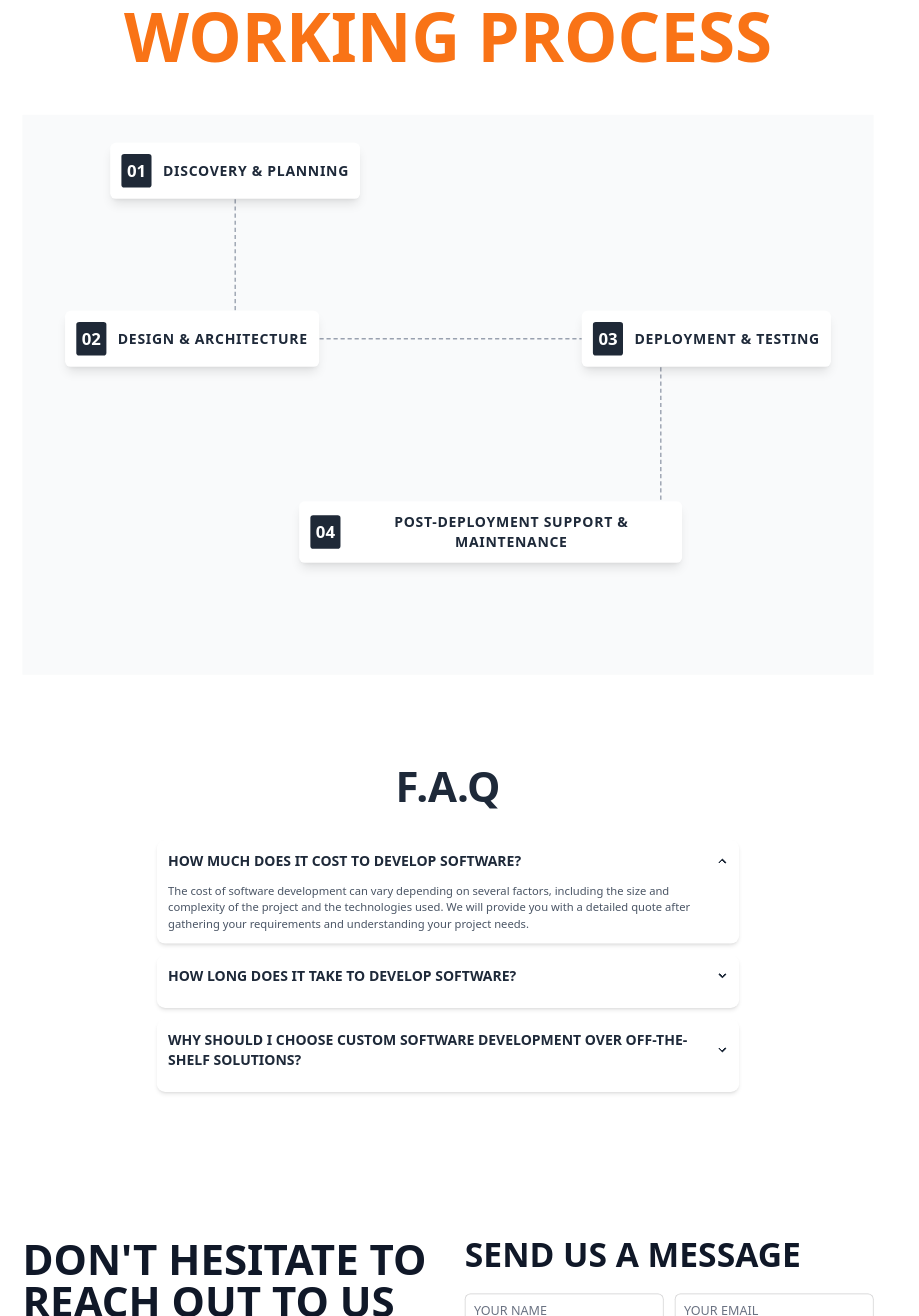
Repository: mdmuhibullahhabib/weboria
Page: /services
The author's editor kept a copy of each file at every save. The page is drawn from the files as they stood at one save, then again after the next save.
The browser window is 1280 px wide. The page is 1313 px wide, so the pictures cover 1313 px, including what lies to the right of the window. The pictures show the part of the page from y = 4620 to 6500 px (the page is 7582 px tall before and 7454 px after), at 70% of full size.
The project was rebuilt for these pictures with package versions that can differ from the ones it lists, and the page was loaded fresh each time. The framework's server and built-in components were replaced by stand-ins that run in the browser. Also part of the build but not shown: next.config.mjs.

Above is the page before, as saved 2025-10-05 18:11:01.

### src/app/layout.js
import { Geist, Geist_Mono } from "next/font/google";
import "./globals.css";
import Navbar from "@/components/Navbar";
import Footer from "@/components/Footer";
import { Toaster } from "react-hot-toast";

const geistSans = Geist({
  variable: "--font-geist-sans",
  subsets: ["latin"],
});

const geistMono = Geist_Mono({
  variable: "--font-geist-mono",
  subsets: ["latin"],
});

export const metadata = {
  title: "Weboria",
  description: "Digital Marketing Agency",
  icons: "/favicon.ico",
};

export default function RootLayout({ children }) {
  return (
    <html lang="en">
      <body
        className={`${geistSans.variable} ${geistMono.variable} antialiased`}
      >

        <Navbar />
        <Toaster />
        {children}
        <Footer />
      </body>
    </html>
  );
}

### src/app/services/page.jsx
import React from 'react';
import { ChevronRight, Zap, CheckCircle, MessageSquare, Phone, Mail, MapPin, Search, ChevronDown } from 'lucide-react';

// Main App component which will serve as the service page
export default function Service() {

  // --- Mock Data ---
  const services = [
    'Custom Software Development',
    'Web Application Development',
    'Software Integration',
    'Cloud Software Development',
    'Legacy System Modernization',
    'Software Maintenance & Support',
    'Quality Assurance & Testing',
    'Consulting Services',
  ];

  const whyChooseKeywords = [
    { title: 'EXPERIENCE...', customColor: '#1f2937' }, // Dark gray/black
    { title: 'COLLABORATIVE...', customColor: '#f97316' }, // Orange/Amber
    { title: 'EFFECTIVENESS...', customColor: '#f97316' }, // Orange/Amber
    { title: 'CLIENT-CENTRIC...', customColor: '#f97316' }, // Orange/Amber
  ];

  const processSteps = [
    { number: '01', title: 'DISCOVERY & PLANNING', position: 'top-left' },
    { number: '02', title: 'DESIGN & ARCHITECTURE', position: 'mid-left' },
    { number: '03', title: 'DEPLOYMENT & TESTING', position: 'mid-right' },
    { number: '04', title: 'POST-DEPLOYMENT SUPPORT & MAINTENANCE', position: 'bottom-center' },
  ];

  const faqs = [
    {
      question: 'HOW MUCH DOES IT COST TO DEVELOP SOFTWARE?',
      answer: 'The cost of software development can vary depending on several factors, including the size and complexity of the project and the technologies used. We will provide you with a detailed quote after gathering your requirements and understanding your project needs.'
    },
    {
      question: 'HOW LONG DOES IT TAKE TO DEVELOP SOFTWARE?',
      answer: 'Project duration varies widely. A small application might take 4-8 weeks, while complex enterprise solutions can take 6 months or more. We establish clear timelines during the planning phase.'
    },
    {
      question: 'WHY SHOULD I CHOOSE CUSTOM SOFTWARE DEVELOPMENT OVER OFF-THE-SHELF SOLUTIONS?',
      answer: 'Custom software is tailored exactly to your unique business processes, providing a competitive edge, better integration, and greater scalability, unlike generic off-the-shelf products.'
    },
  ];

  // Utility component for the service list bullets
  const ServiceListItem = ({ text }) => (
    <div className="flex items-start mb-3">
      <CheckCircle className="w-5 h-5 mr-3 text-current mt-1 flex-shrink-0" />
      <p className="text-lg font-light">{text}</p>
    </div>
  );

  // --- Section Components ---

    const Hero = () => (
    <section
      className="relative bg-cover bg-center text-white py-32"
      style={{
        backgroundImage:
          "linear-gradient(rgba(0,0,0,0.6),rgba(0,0,0,0.6)),url('https://images.unsplash.com/photo-1519389950473-47ba0277781c?auto=format&fit=crop&w=1200&q=80')",
      }}
    >
      <div className="max-w-6xl mx-auto px-6 text-center">
        <h1 className="text-5xl md:text-7xl font-extrabold mb-6 leading-tight">
          Empowering Brands with <br /> Impactful Digital Services
        </h1>
        <p className="text-xl text-gray-200 max-w-3xl mx-auto">
          From strategy to execution, we deliver modern digital solutions that
          accelerate your business growth and brand impact.
        </p>
      </div>
    </section>
  );

const HeroSection = () => {
  // --- ServiceListItem Component ---
 const ServiceListItem = ({ text }) => (
  <div className="flex items-center mb-3 hover:translate-x-1 transition-transform duration-300">
    {/* + icon */}
    <span
      className="text-2xl font-bold mr-1 flex-shrink-0"
      style={{ color: '#f97316' }}
    >
      +
    </span>
    <p className="text-lg font-medium text-gray-700 mr-6">{text}</p>
  </div>
);


  return (
    <section className="relative pt-24 pb-16 md:pt-32 md:pb-24 bg-white overflow-hidden">
      <div className="max-w-7xl mx-auto px-4 sm:px-6 lg:px-8">
        <div className="grid md:grid-cols-2 gap-12 items-start">

          {/*  Large Title */}
          <div>
            <h1 className="text-6xl sm:text-7xl md:text-8xl lg:text-[10rem] font-extrabold leading-none tracking-tighter text-gray-900 mb-8">
              SOFTWARE
              <br />
              DEVELOPMENT
            </h1>
                    <div className="pt-2">
            <h2 className="text-2xl font-semibold text-gray-900 mb-6">
              Services
            </h2>

            {/* services */}
            <div className="grid lg:grid-cols-2 items-center">
              {services.map((service, index) => (
                <ServiceListItem key={index} text={service} />
              ))}
            </div>
          </div>
          </div>

        </div>
      </div>
    </section>
  );
};

  const StatsSection = () => (
    <div className="bg-white py-12 -mt-16 md:-mt-20 relative z-10">
      <div className="max-w-7xl mx-auto px-4 sm:px-6 lg:px-8">
        <div className="grid md:grid-cols-3 gap-8">
          {/* Card Style from Screenshot 113 */}
          {[
            { label: 'Years Experience', value: '12+' },
            { label: 'Completed Projects', value: '200+' },
            { label: 'Satisfied Clients', value: '130+' },
          ].map((stat, index) => (
            <div key={index} className="card bg-white p-6 shadow-xl border border-gray-100 rounded-xl hover:shadow-2xl transition duration-300">
              <div className="flex justify-between items-start mb-8">
                <h3 className="text-lg font-semibold text-gray-700">{stat.label}</h3>
                <ChevronRight className="w-5 h-5 text-gray-400 rotate-45" />
              </div>
              <p className="text-6xl md:text-7xl font-extrabold text-gray-900">{stat.value}</p>
            </div>
          ))}
        </div>
      </div>
    </div>
  );

  const ServiceListSection = () => (
    <div className="bg-white py-16 md:py-24">
      <div className="max-w-7xl mx-auto px-4 sm:px-6 lg:px-8">
        {/* Top Title Section (from Screenshot 105) */}
        <div className="mb-12">
          <h2 className="text-4xl md:text-5xl font-extrabold text-gray-800 mb-4">
            Best Software Development Service in Dhaka, Bangladesh
          </h2>
          <p className="text-lg text-gray-600 max-w-4xl">
            In today's digital landscape, powerful, scalable software is a must for business success. As a leading Software Development Company in Dhaka, Bangladesh, Visual I specializes in crafting custom software solutions that drive growth. From web applications to enterprise software and AI-driven solutions, our expert developers ensure seamless functionality, robust security, and innovative designs. We deliver high-performance, user-focused software that keeps your business ahead of the competition. Let us turn your vision into reality with cutting-edge technology tailored to your needs.
          </p>
        </div>

        <div className="grid md:grid-cols-2 gap-12 items-start">
          {/* Left Side: How Software Empowers (Matches image_cdef6a.png) */}
          <div>
            <h2 className="text-5xl md:text-6xl font-extrabold text-gray-900 mb-8">
              HOW SOFTWARE
              <br />
              DEVELOPMENT
              <br />
              EMPOWERS YOUR
              <br />
              BUSINESS?
            </h2>
          </div>

          {/* Right Side: Service List & Description (Combines content from Screenshot 103 and 105 text) */}
          <div className="p-6">
            <p className="text-sm text-gray-600 mb-8">
              Custom software solutions streamline operations, enhance efficiency, and improve customer experiences. Tailored systems automate tasks, save time, and reduce costs, allowing your business to scale faster and make data-driven decisions. With the right software, you gain a competitive edge, boosting productivity and ultimately securing a higher return on investment (ROI).
            </p>
          </div>
        </div>

                   {/* Image below the title, matching the visual placement in image_cdef6a.png */}
            <div className="mt-8 space-y-4">
                <img
                    src="https://placehold.co/600x400/f2f2f2/1f2937?text=Collaborative+Development+Team"
                    alt="Team working on code"
                    className="w-full h-auto rounded-lg shadow-xl"
                />
                {/* Placeholder for the second image, if needed, mimicking the split view */}
                 <div className="grid grid-cols-2 gap-4">
                    <img
                        src="https://placehold.co/300x200/f2f2f2/1f2937?text=Dedicated+Programmer"
                        alt="Dedicated Programmer"
                        className="w-full h-full object-cover rounded-lg shadow-md"
                    />
                    <img
                        src="https://placehold.co/300x200/f2f2f2/1f2937?text=Dedicated+Programmer"
                        alt="Dedicated Programmer"
                        className="w-full h-full object-cover rounded-lg shadow-md"
                    />
                 </div>
            </div>
      </div>
    </div>
  );

  const WhyChooseUsSection = () => (
    <div className="py-24 bg-white">
      <div className="max-w-7xl mx-auto px-4 sm:px-6 lg:px-8">
        {/* Main Section Title (Screenshot 108) */}
        <h2 className="text-5xl md:text-7xl font-extrabold text-gray-900 mb-16 text-center md:text-left">
          WHY CHOOSE OUR
          <br />
          SOFTWARE DEVELOPMENT
          <span className="text-primary">?</span>
        </h2>

        <div className="grid md:grid-cols-2 gap-12 items-center">
          {/* Left Side: Content Card (Screenshot 109) */}
          <div className="p-8 border-r-4 border-gray-200">
            <div className="mb-8">
              {/* Icon/Shape Mimic from Screenshot 109 */}
              <div className="flex items-center space-x-2 mb-4">
                <div className="w-12 h-12 border-2 border-gray-900 rounded-full flex items-center justify-center">
                  <div className="w-8 h-8 bg-gray-900 rounded-full relative">
                    <div className="absolute top-1/2 left-1/2 -translate-x-1/2 -translate-y-1/2 w-4 h-4" style={{ backgroundColor: '#f97316' }} ></div>
                  </div>
                </div>
              </div>
              <h3 className="text-3xl font-bold text-gray-900 mb-4">
                PROVEN EXPERTISE AND
                <br />
                EXPERIENCE
              </h3>
              <p className="text-lg text-gray-600">
                Our seasoned software developers have extensive knowledge and experience in various domains, including web development, mobile app development, and custom software solutions.
              </p>
            </div>
            <button className="btn btn-neutral btn-lg rounded-lg shadow-xl">
              <MessageSquare className="w-5 h-5" />
              Send Your Message
            </button>
          </div>

          {/* Right Side: Experience List (Screenshot 109) - Highly stylized keywords */}
          <div className="space-y-4">
            {whyChooseKeywords.map((item, index) => (
                <h3
                    key={index}
                    className={`block text-5xl md:text-7xl font-extrabold leading-tight`}
                    style={{ color: item.customColor }}
                >
                    {item.title}
                </h3>
            ))}
          </div>
        </div>
      </div>
    </div>
  );

  const WorkingProcessSection = () => {
    // Component to render the step boxes
    const StepBox = ({ step }) => (
      <div className="flex items-center space-x-4 bg-white shadow-lg p-4 rounded-lg w-fit">
        <div className="text-2xl font-extrabold p-2 rounded" style={{ backgroundColor: '#1f2937', color: 'white' }}>
          {step.number}
        </div>
        <h4 className="text-xl font-semibold text-gray-800 tracking-wider">
          {step.title}
        </h4>
      </div>
    );

    return (
      <div className=" py-6 lg:py-8">
        <div className="max-w-7xl mx-auto px-4 sm:px-6 lg:px-8 text-center">
          {/* Title from Screenshot 110 */}
          <h2 className="text-6xl md:text-8xl font-extrabold mb-16" style={{ color: '#f97316' }}>
            WORKING PROCESS
          </h2>

          {/* Mimicking the Diagram Layout from Screenshot 111 using relative positioning and Tailwind for the lines */}
          <div className="bg-gray-50 relative h-[600px] md:h-[800px] flex items-center justify-center">

            {/* Background Lines (Dotted lines in the original image) */}
            {/* 1 -> 2 (Vertical line) */}
            <div className="absolute top-0 left-1/4 h-[50%] w-0 border-l-2 border-dashed border-gray-400 transform -translate-x-1/2 md:top-[10%] md:left-[25%] md:h-[30%]" style={{ top: '10%', left: '25%', height: '30%' }}></div>
            {/* 2 -> 3 (Horizontal line) */}
            <div className="absolute h-0 w-[50%] border-t-2 border-dashed border-gray-400 transform -translate-y-1/2" style={{ top: '40%', left: '25%', width: '50%' }}></div>
            {/* 3 -> 4 (Vertical line) */}
            <div className="absolute top-0 right-1/4 h-[50%] w-0 border-r-2 border-dashed border-gray-400 transform translate-x-1/2 md:top-[40%] md:right-[25%] md:h-[30%]" style={{ top: '40%', right: '25%', height: '30%' }}></div>

            {/* Step Boxes positioned absolutely to mimic the flow */}
            <div className="absolute" style={{ top: '5%', left: '25%', transform: 'translateX(-50%)' }}>
              <StepBox step={processSteps[0]} />
            </div>
            <div className="absolute" style={{ top: '35%', left: '5%', transform: 'translateX(0%)' }}>
              <StepBox step={processSteps[1]} />
            </div>
            <div className="absolute" style={{ top: '35%', right: '5%', transform: 'translateX(0%)' }}>
              <StepBox step={processSteps[2]} />
            </div>
            <div className="absolute" style={{ bottom: '20%', left: '55%', transform: 'translateX(-50%)' }}>
              <StepBox step={processSteps[3]} />
            </div>

          </div>
        </div>
      </div>
    );
  };

  const FAQSection = () => (
    <div className="py-6 lg:py-24">
      <div className="max-w-4xl mx-auto px-4 sm:px-6 lg:px-8">
        {/* Title from Screenshot 114 */}
        <h2 className="text-4xl md:text-6xl font-extrabold text-gray-800 mb-12 text-center">
          F.A.Q
        </h2>

        {faqs.map((item, index) => (
          <div key={index} className="collapse collapse-arrow bg-white shadow-md mb-4 rounded-xl">
            <input type="radio" name="my-accordion-2" defaultChecked={index === 0} />
            <div className="collapse-title text-xl font-semibold text-gray-800 p-4">
              {item.question}
            </div>
            <div className="collapse-content px-4 pb-4">
              <p className="text-gray-600">{item.answer}</p>
            </div>
          </div>
        ))}
      </div>
    </div>
  );

  const ContactSection = () => (
    <div className="bg-white py-24">
      <div className="max-w-7xl mx-auto px-4 sm:px-6 lg:px-8">
        <div className="grid md:grid-cols-2 gap-12">

          {/* Left Side: Contact Info (Screenshot 115) */}
          <div>
            <h2 className="text-5xl md:text-6xl font-extrabold text-gray-900 mb-6">
              DON'T HESITATE TO
              <br />
              REACH OUT TO US
            </h2>
            <p className="text-lg text-gray-600 mb-12 max-w-lg">
              We welcome the opportunity to connect with you! Feel free to contact us using the details provided or by filling out the contact form. As a leading advertising agency in Bangladesh, our dedicated team is here to provide expert assistance and answer any questions you may have.
            </p>

            <div className="space-y-8">
              {/* Call Us At */}
              <div className="flex items-start">
                <Phone className="w-8 h-8 text-gray-900 mr-4 mt-1 flex-shrink-0" />
                <div>
                  <h4 className="text-xl font-bold text-gray-900 mb-1">CALL US AT</h4>
                  <p className="text-lg text-gray-600">+88 0189-600-6896</p>
                </div>
              </div>

              {/* Email Us On */}
              <div className="flex items-start">
                <Mail className="w-8 h-8 text-gray-900 mr-4 mt-1 flex-shrink-0" />
                <div>
                  <h4 className="text-xl font-bold text-gray-900 mb-1">EMAIL US ON</h4>
                  <p className="text-lg text-gray-600">hello@visualiweb.com</p>
                </div>
              </div>

              {/* Find Us */}
              <div className="flex items-start">
                <MapPin className="w-8 h-8 text-gray-900 mr-4 mt-1 flex-shrink-0" />
                <div>
                  <h4 className="text-xl font-bold text-gray-900 mb-1">FIND US</h4>
                  <p className="text-lg text-gray-600">
                    House # 3, Road # 2/2, Banani,
                    <br />
                    Dhaka-1213, Bangladesh
                  </p>
                </div>
              </div>
            </div>
          </div>

          {/* Right Side: Contact Form (Screenshot 115) */}
          <div>
            <h2 className="text-5xl font-extrabold text-gray-900 mb-8">
              SEND US A MESSAGE
            </h2>
            <form className="space-y-4">
              <div className="grid grid-cols-1 sm:grid-cols-2 gap-4">
                <input type="text" placeholder="YOUR NAME" className="input input-lg input-bordered w-full rounded-lg text-gray-800 placeholder-gray-500" />
                <input type="email" placeholder="YOUR EMAIL" className="input input-lg input-bordered w-full rounded-lg text-gray-800 placeholder-gray-500" />
              </div>
              <input type="text" placeholder="YOUR SUBJECT" className="input input-lg input-bordered w-full rounded-lg text-gray-800 placeholder-gray-500" />
              <textarea placeholder="WRITE MESSAGE..." className="textarea textarea-lg textarea-bordered w-full h-40 rounded-lg text-gray-800 placeholder-gray-500 resize-none"></textarea>
              <button type="submit" className="btn btn-neutral btn-lg rounded-lg shadow-xl mt-4">
                <ChevronRight className="w-5 h-5" />
                Send a message
              </button>
            </form>
          </div>

        </div>
      </div>
    </div>
  );


  // --- Main Render ---
  return (
    <div className="min-h-screen bg-white font-sans">
      <main>
        <Hero />
        <HeroSection />
        <StatsSection />
        <ServiceListSection />
        <WhyChooseUsSection />

        <WorkingProcessSection />
        <FAQSection />
        <ContactSection />
      </main>
    </div>
  );
}

### src/components/Button.jsx
// Button.jsx
"use client";

import { ArrowBigRight } from "lucide-react";
import Link from "next/link";

export default function Button({ text, href = "#", className = "" }) {
  return (
    <Link
      href={href}
      className={`
        relative inline-flex items-center overflow-hidden group rounded-md font-semibold
        bg-gray-200 text-gray-700 border-none hover:bg-gray-300 transition-colors
        ${className}
      `}
    >
      {/* বাম পাশে আইকন বক্স */}
      <span
        className="
          absolute left-0 top-0 h-full w-12 flex items-center justify-center
          bg-gray-900 text-white text-xl font-bold z-20
        "
      >
        <ArrowBigRight />
      </span>

      {/* মূল টেক্সট */}
      <span
        className="
          relative z-20 py-3 px-6 pl-16 transition-colors
          group-hover:text-gray-900
        "
      >
        {text}
      </span>

      {/* Hover effect (Sky Blue wipe) */}
      <span
        className="
          absolute top-0 left-0 w-0 h-full bg-sky-400
          group-hover:w-full transition-all duration-300 ease-out z-10
        "
      />
    </Link>
  );
}

Loaded but not shown: src/app/globals.css (common file); src/components/Navbar.jsx (193 lines, source omitted); src/components/Footer.jsx (159 lines, source omitted)

After the next save:
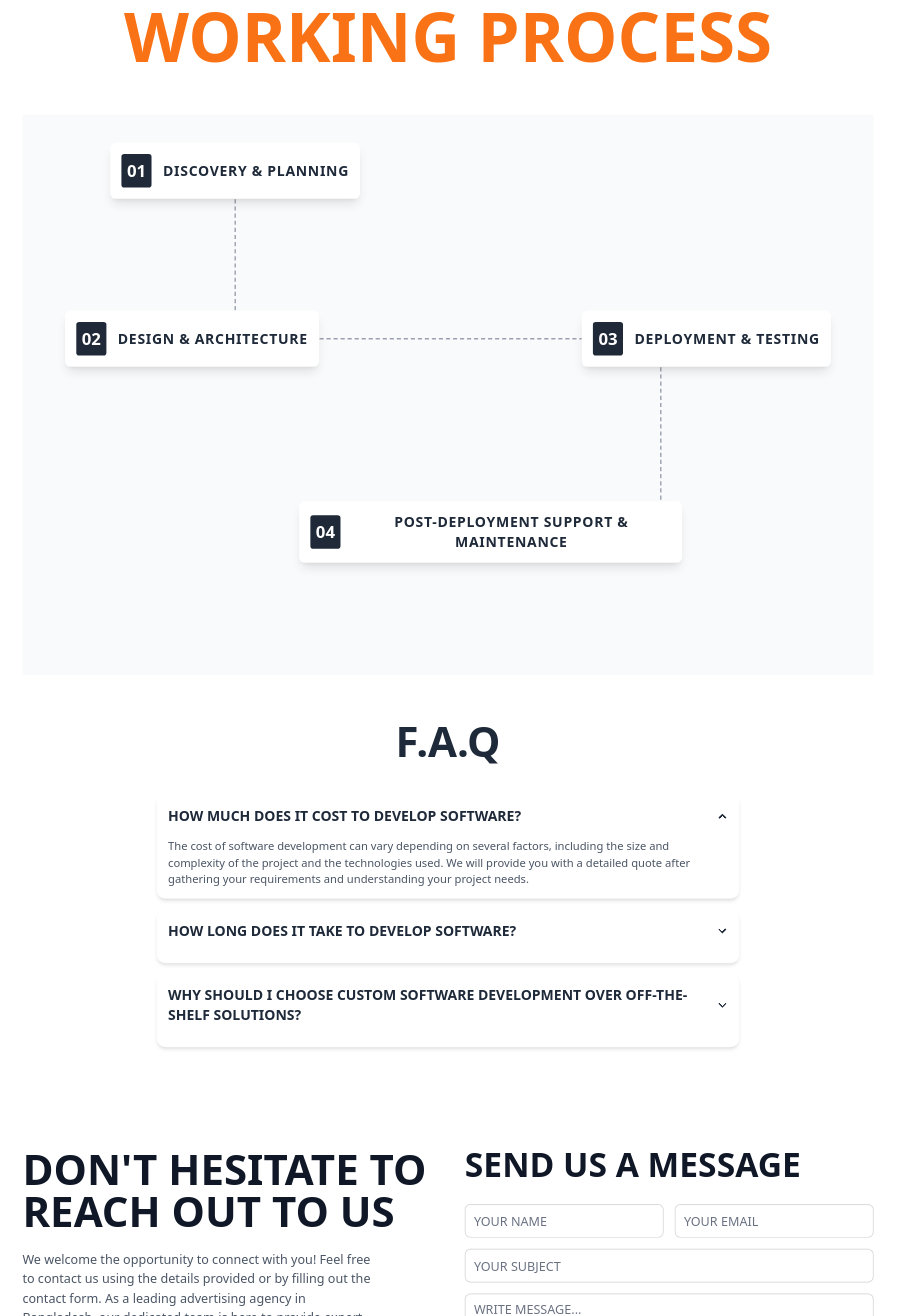
Saved 4 s later.
--- a/src/app/services/page.jsx
+++ b/src/app/services/page.jsx
@@ -314,7 +314,7 @@ const HeroSection = () => {
   };
 
   const FAQSection = () => (
-    <div className="py-6 lg:py-24">
+    <div className="py-6 lg:py-8">
       <div className="max-w-4xl mx-auto px-4 sm:px-6 lg:px-8">
         {/* Title from Screenshot 114 */}
         <h2 className="text-4xl md:text-6xl font-extrabold text-gray-800 mb-12 text-center">
